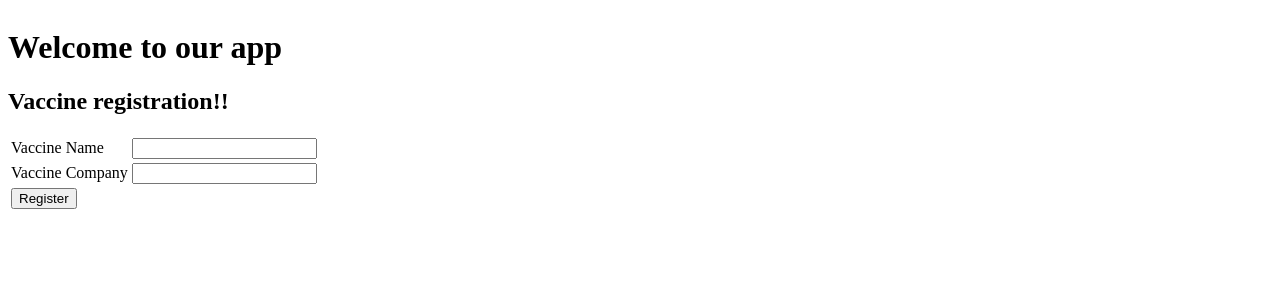
Repository: sultanaNargis03/IndustryReadyJavaSpringBoot
Page: Servlet/workspace/SessionMangement/src/main/webapp/index.html
These files come from the project's save history. The page is drawn as it stood at one moment and after the next save; the edit follows.
The browser window is 1280 px wide. The pictures show the whole page.

Above is the page before, as saved 2023-12-05 17:05:27.

### Servlet/workspace/SessionMangement/src/main/webapp/index.html
<!DOCTYPE html>
<html>
<head>
<meta charset="ISO-8859-1">
<title>Registration</title>
</head>
<body style="align-content: center;">
<h1>Welcome to our app</h1>
<h2>Vaccine registration!!</h2>
<form method="post" action="./Request1">
	<table>
		<tr>
			<td>Vaccine Name</td>
			<td><input type="text" name="vname"</td>
		</tr>
		<tr>
			<td>Vaccine Company</td>
			<td><input type="text" name="vcompany"</td>
		</tr>

		<tr>
			<td><input type="submit" value="Register"</td>
		</tr>
	</table>
</form>
</body>
</html>

After the next save:
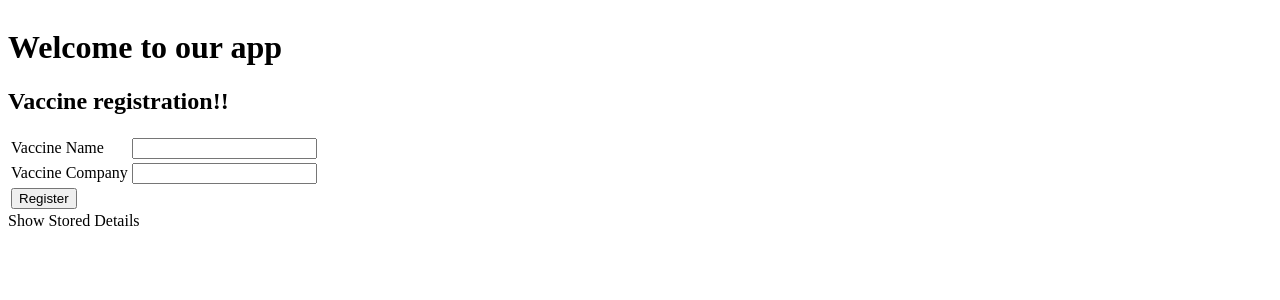
Saved 71 s later.
--- a/Servlet/workspace/SessionMangement/src/main/webapp/index.html
+++ b/Servlet/workspace/SessionMangement/src/main/webapp/index.html
@@ -23,5 +23,6 @@
 		</tr>
 	</table>
 </form>
+<a hreff="/request2">Show Stored Details</a>
 </body>
 </html>
